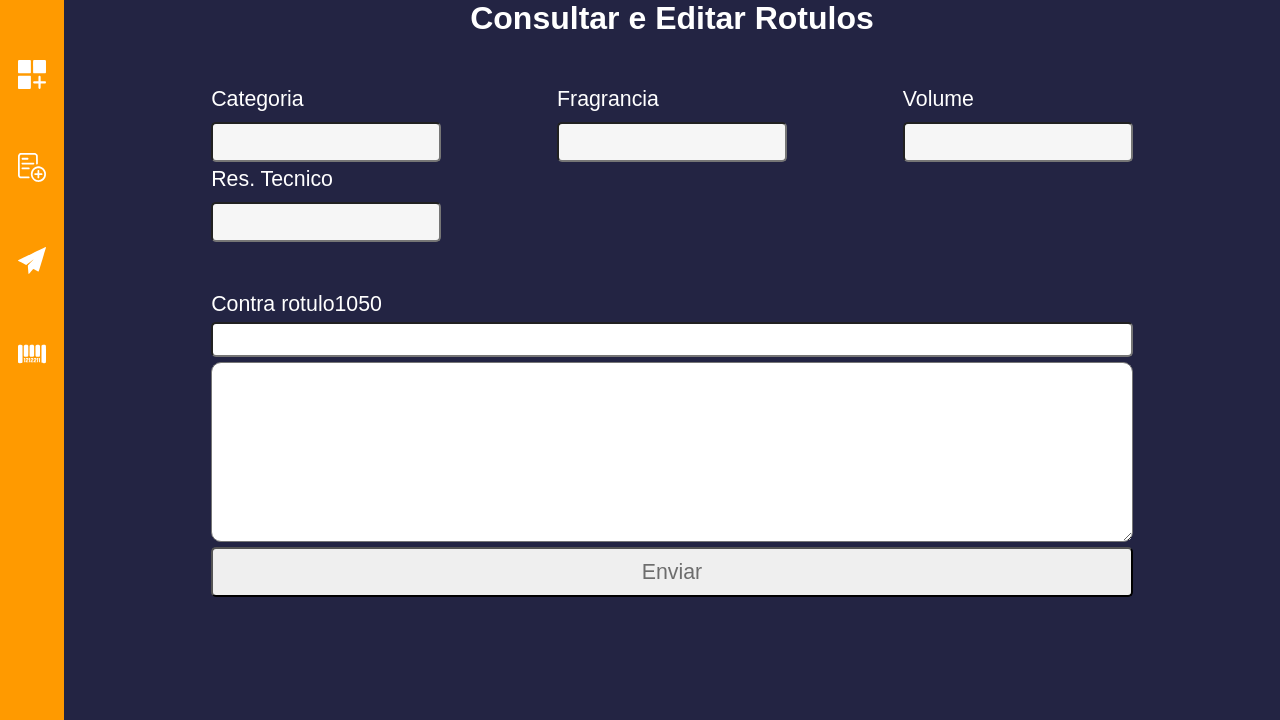
Repository: jeanjanrley/Organizador-de-rotulos
Page: /consultar
The author's editor kept a copy of each file at every save. The page is drawn from the files as they stood at one save, then again after a run of saves.
The browser window is 1280 px wide. The pictures show the whole page.
The project was rebuilt for these pictures with package versions that can differ from the ones it lists, and the page was loaded fresh each time. Also part of the build but not shown: src/pages/home/Home.js.

Above is the page before, as saved 2021-06-26 15:54:20.

### src/index.js
import React from 'react';
import ReactDOM from 'react-dom';
import App from './App';
import reportWebVitals from './reportWebVitals';



ReactDOM.render(
  <React.StrictMode>
    <App />
  </React.StrictMode>,
  document.getElementById('root')
);
reportWebVitals();

### src/App.js
import {BrowserRouter, Route, Switch} from 'react-router-dom'
import './styles/global.scss'

import Home from './pages/home/Home'
import Consultar from './pages/consultar/index'

function App() {
  return (
    <BrowserRouter>
        <Switch>
          <Route path={'/'} exact component={Home}/>
          <Route path={'/consultar'}  component={Consultar}/>
        </Switch>
    </BrowserRouter>
  );
}

export default App;

### src/styles/global.scss
*{
    margin: 0;
    padding: 0;
    box-sizing: border-box;
    font-family: 'Poppins', sans-serif;
}

body{
    background: #232443;

}

.Page{
    display: flex;
}


h1, h2, h3, h4, h5, h6, p, span{
    color: #fff;
}

input{
    color: rgb(92, 92, 92);
}

a{
    text-decoration: none;
    color: #fff;
    font-size: 16pt;
}



main{
    display: flex;
    flex-direction: column;
    width: 95vw;
    height: 100%;
    justify-content: center;
    justify-items: center;
    align-content: center;
    align-items: center;

}

### src/pages/consultar/index.js
import React from 'react';
import Aside from '../../components/aside/index'
import Filter from '../../components/filter/index'

import '../home/styles.scss'


export default function Home(){
    return(
        <div className="Page">
            <Aside/>
            <main className="Home">

                <h1>Consultar e Editar Rotulos</h1>
                <div className="filterArea">
                    <Filter title="Categoria"/>
                    <Filter title="Fragrancia"/>
                    <Filter title="Volume"/>
                    <Filter title="Res. Tecnico"/>
                </div>

                <div className="contra-rotulo">
                    <div className="contra-rotulo-count">
                        <span>Contra rotulo</span>
                        <span>{50+1000}</span>
                    </div>
                    <input list="contra-rotulos" className="filter-rotulo"/>

                    <datalist id='contra-rotulos'>
                        <option value='Aromatizante - Cereja e aveia - 250 ml'/>
                    </datalist>

                    <textarea/>
                    <button onClick={() => alert('Enviado com sucesso!')} type="button">Enviar</button>
                </div>


            </main>
        </div>
    )
}

### src/components/aside/index.js
import React from 'react'
import {Link} from 'react-router-dom'
import './styles.scss'
import add from '../../assets/icons/add.svg'
import prancher from '../../assets/icons/prancher.svg'
import direct from '../../assets/icons/direct.svg'
import codigo from '../../assets/icons/codigo.svg'

export default function Aside() {
    return(
        <aside>
            <div className="add">
                    <img src={add} />
                <Link className="Link" to={'/'}>
                    N-R
                </Link>
                <Link className="Link" to={'/Consultar'}>
                    C-E
                </Link>
            </div>
            <div className="prancher">
                    <img src={prancher} />
                <Link className="Link" to={'/Home'}>
                    N-R
                </Link>
                <Link className="Link" to={'/Home'}>
                    C-E
                </Link>
            </div>
            <div className="direct">
                    <img src={direct} />
                <Link className="Link" to={'/Home'}>
                    N-R
                </Link>
                <Link className="Link" to={'/Home'}>
                    C-E
                </Link>
            </div>
            <div className="codigo">
                    <img src={codigo} />
                <Link className="Link" to={'/Home'}>
                    N-R
                </Link>
                <Link className="Link" to={'/Home'}>
                    C-E
                </Link>
            </div>
        </aside>
    )
}

### src/components/filter/index.js
import React from 'react'
import './styles.scss'

export default function(props){
    return(
        <div className="filter">
            <span>{props.title}</span>
            <input list={props.id} name={props.id} id={props.id}/>
            <datalist id={props.id}>
                <option value={props.value}/>
             </datalist>
        </div>
    )
}

### src/pages/home/styles.scss
.Home{
    gap: 50px;

    .filterArea{
        display: flex;
        flex-wrap: wrap;
        flex-direction: row;
        justify-content: space-between;
        gap: 5px;
        width: 72vw;

    }

    .contra-rotulo{
        display: flex;
        flex-direction: column;
        align-items: left;
        justify-content: left;
        gap: 5px;

        .filter-rotulo{
            width: 72vw;
            height: 35px;
            border-radius: 5px;

        }

        span {
            font-size: 16pt;
        }

        > textarea{
            width: 72vw;
            resize: vertical;
            min-height: 25vh;
            border-radius: 10px;

        }

        button{
            height: 50px;
            width: 72vw;
            border-radius: 5px;
            font-size: 16pt;
            color: #6D6D6D;
        }
    }
}

### src/components/aside/styles.scss
aside{
    padding-top: 50px;
    display: flex;
    flex-direction: column;

    align-items: center;
    justify-content: baseline;

    width: 5vw;
    height: 100vh;
    background: #FF9A00;

    > div{
        display: flex;
        flex-direction: column;
        align-items: center;
        width: 100%;
        margin-bottom: 30px;
        padding: 10px 0;
        transition: 0.5s;
        gap: 10px;



        img{
            width: 4vh;
            height: 4vh;
            margin-bottom: 2vh;
        }
        .Link{
            display: none,

        }
    }

    > div:hover{
        display: flex;
        flex-direction: column;
        align-items: center;
        width: 100%;
        margin-bottom: 40px;
        background: #CC7B00;
        padding: 10px 0;


        img{
            width: 4vh;
            height: 4vh;
            margin-bottom: 2vh;
        }
        .Link{
            display: flex;
        }
    }
}

### src/components/filter/styles.scss
.filter{
    display: flex;
    flex-direction: column;
    justify-items: left;
    gap: 10px;

    > span{
        font-size: 16pt;

    }

    > input {
        width: 230px;
        height: 40px;
        border-radius: 5px;
        background: #F6F6F6;
    }
}

Loaded but not shown: src/reportWebVitals.js (common file)

After the next 2 saves:
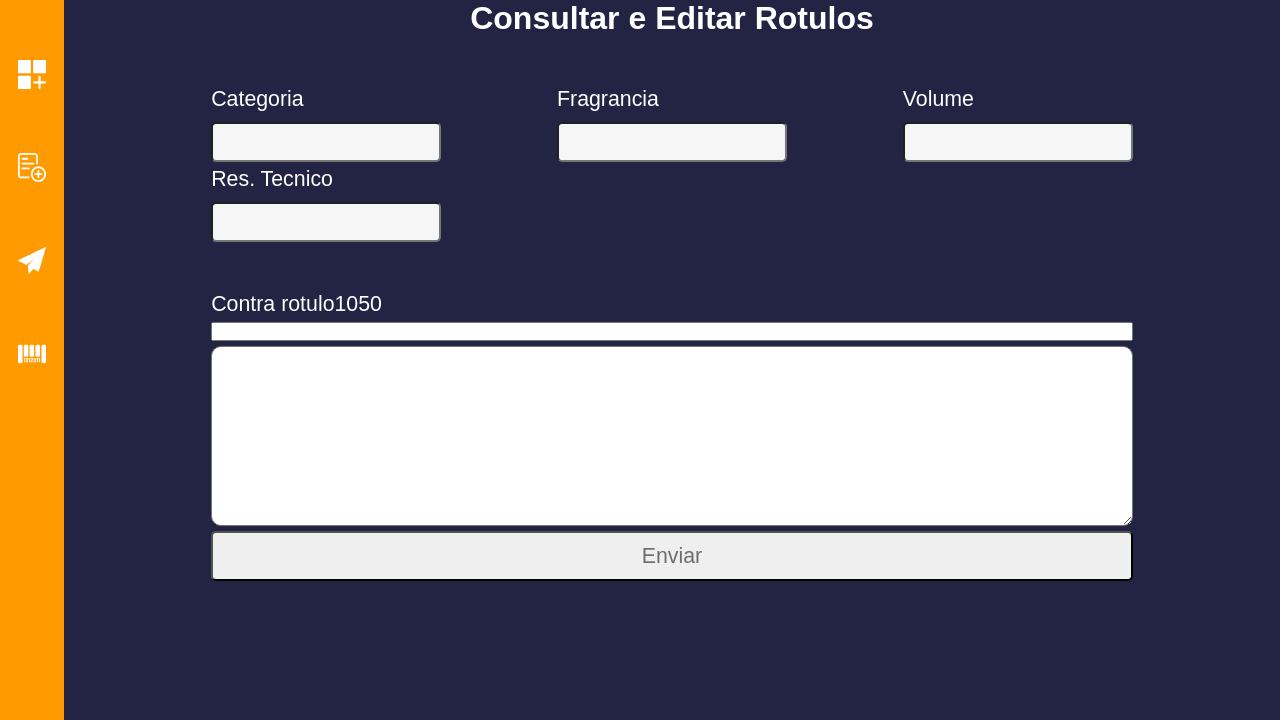
The 2 saves are shown as one change because they came seconds apart.
The last was saved 35 s later.
--- a/src/pages/home/styles.scss
+++ b/src/pages/home/styles.scss
@@ -17,6 +17,8 @@
         align-items: left;
         justify-content: left;
         gap: 5px;
+
+        .contra-rotulo-count
 
         .filter-rotulo{
             width: 72vw;

After the 6 saves that followed:
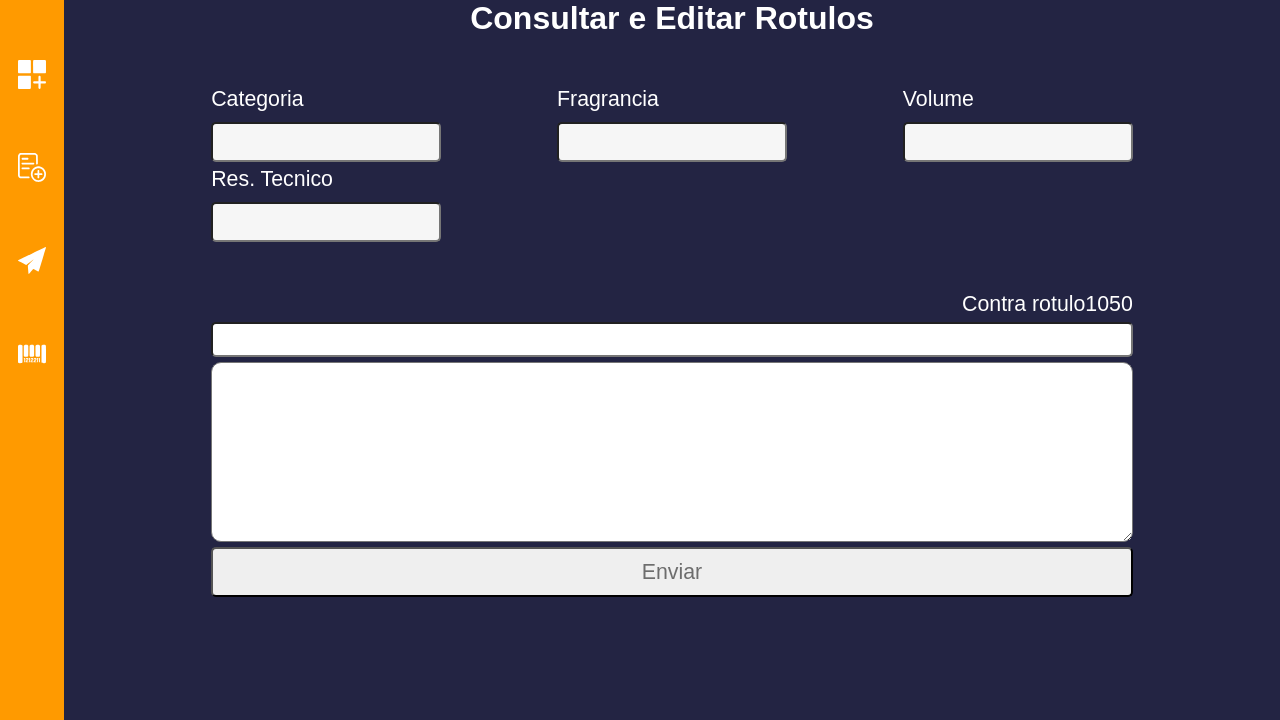
The 6 saves are shown as one change because 1 did not build or start and some came seconds apart.
The last was saved 20 s later.
--- a/src/pages/home/styles.scss
+++ b/src/pages/home/styles.scss
@@ -18,7 +18,11 @@
         justify-content: left;
         gap: 5px;
 
-        .contra-rotulo-count
+        .contra-rotulo-count{
+            display: flex;
+            width: 72vw;
+            justify-content: flex-end
+        }
 
         .filter-rotulo{
             width: 72vw;
